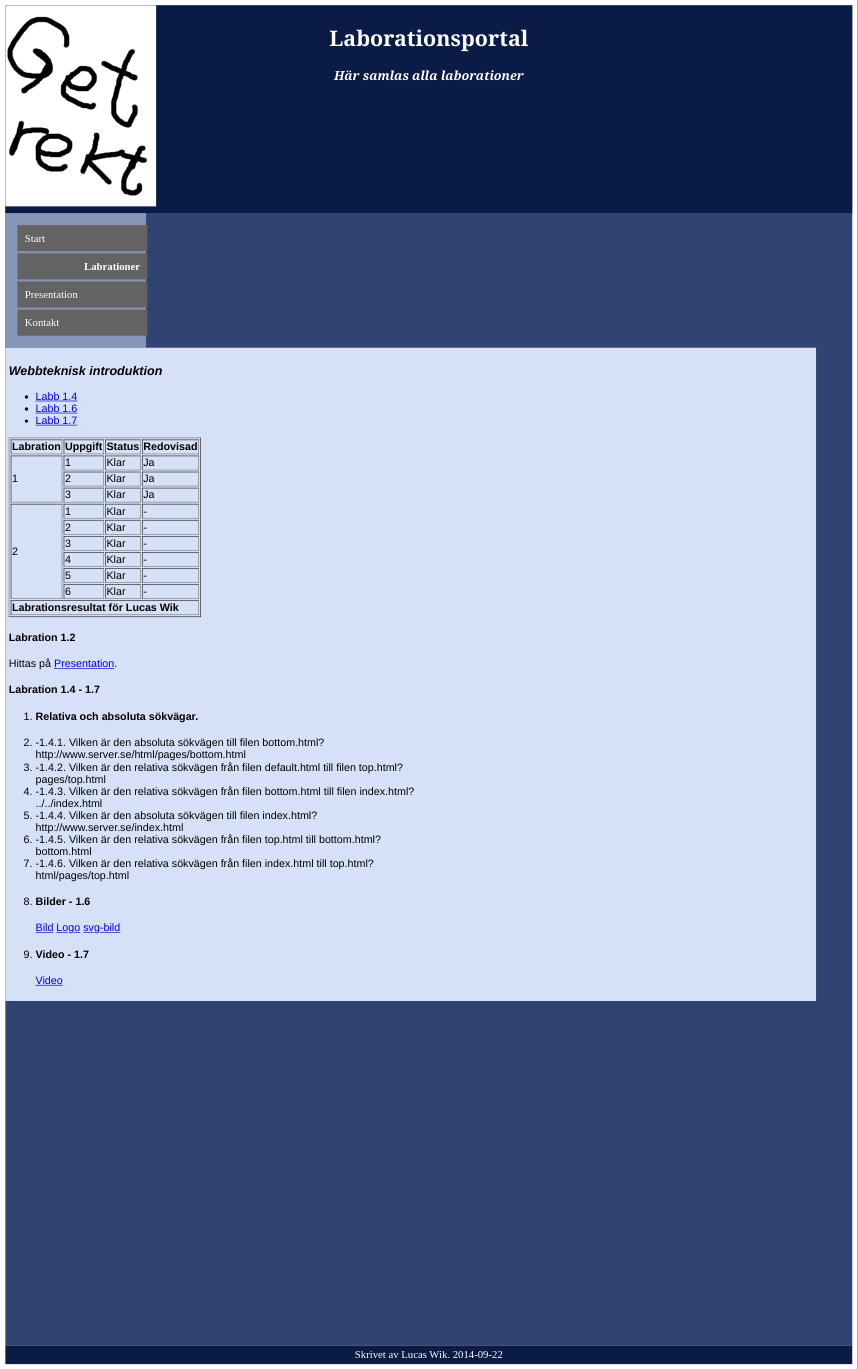
Repository: lw222gz/1ik415-laborationer
Page: Pages/labrationer.html
The author's editor kept a record of every edit. The page is drawn from the files as they stood at one moment, then again after the next edit.
The browser window is 1280 px wide. The pictures show the whole page, at 67% of full size.

Above is the page before.

After the next edit:
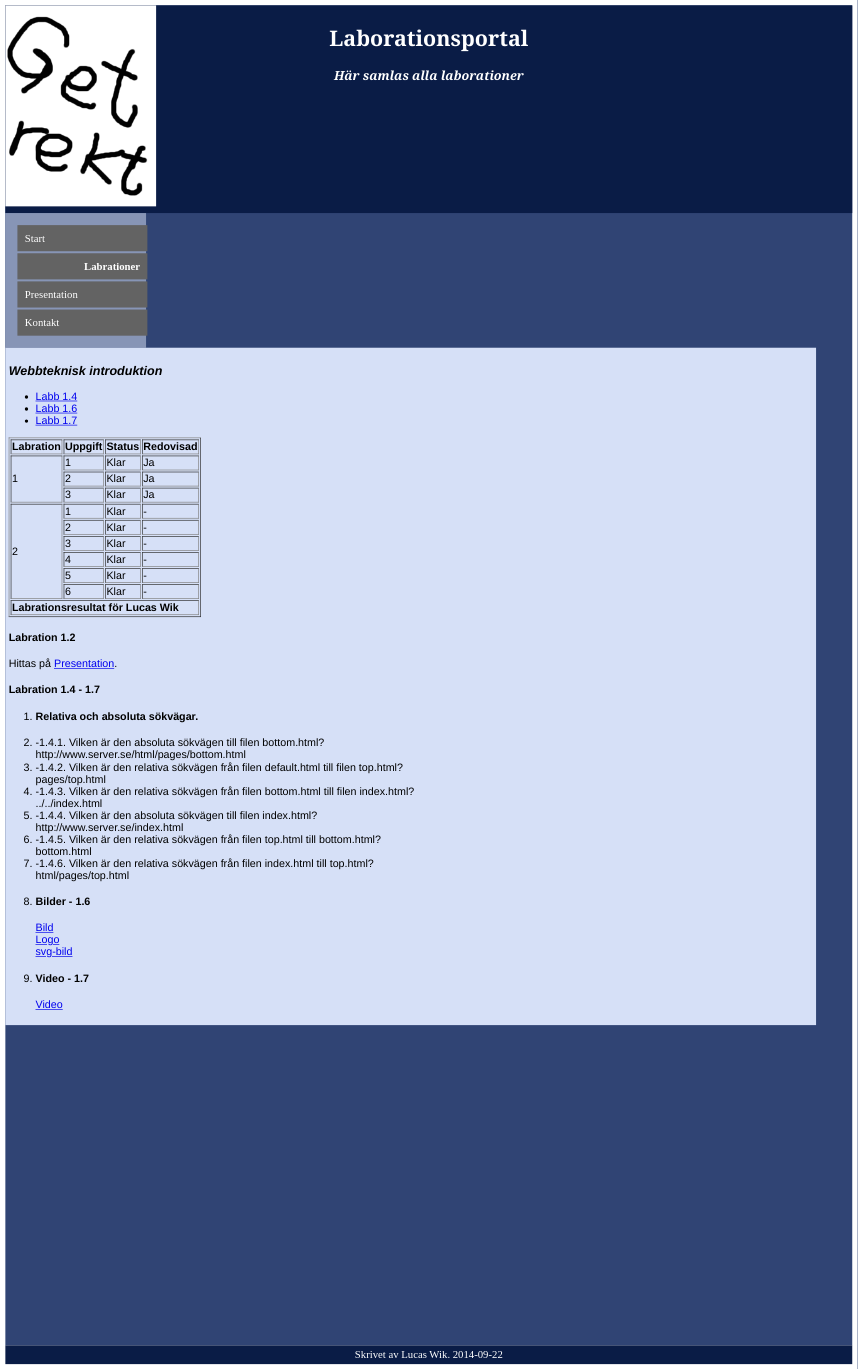
The edit:
--- a/Pages/labrationer.html
+++ b/Pages/labrationer.html
@@ -128,8 +128,8 @@
 
 
     <li><a id="1.6"></a><h4>Bilder - 1.6</h4>
-        <a href="presentation.html#bild">Bild</a>
-        <a href="../Css/Pics/get%20rekt.png">Logo</a>
+        <a href="presentation.html#bild">Bild</a><br />
+        <a href="../Css/Pics/get%20rekt.png">Logo</a><br />
         <a href="../index.html#grsm">svg-bild</a>
     </li>
     <li><a id="1.7"></a><h4>Video - 1.7</h4>
